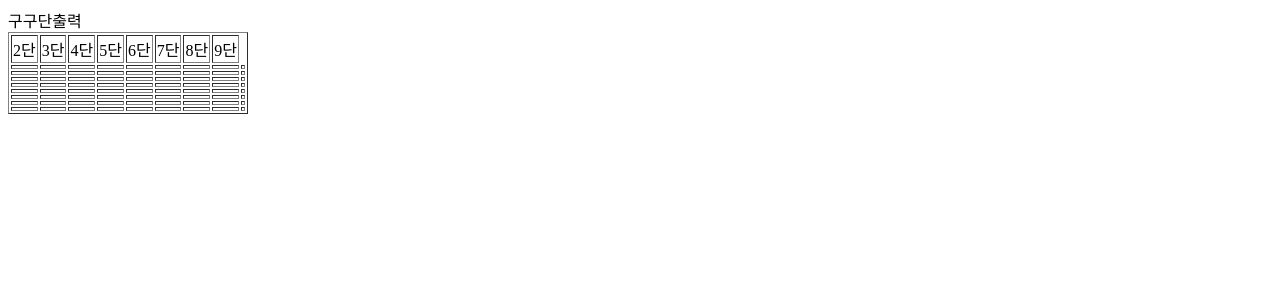
Repository: ment0715/20201113
Page: http://localhost/chap02/ex0501.jsp
The author's editor kept a copy of each file at every save. The page is drawn from the files as they stood at one save, then again after the next save.
The browser window is 1280 px wide. The pictures show the whole page.
The page is served by Tomcat 9.

Above is the page before, as saved 2020-11-09 02:25:46.

After the next save:
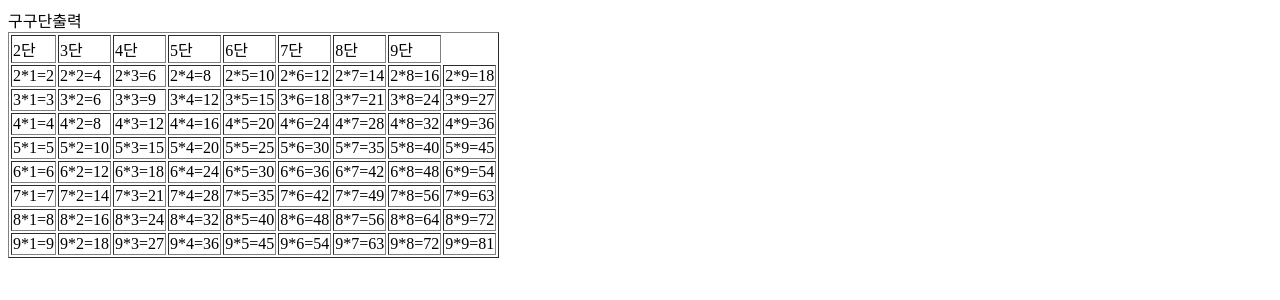
Saved 59 s later.
--- a/chap02/WebContent/ex0501.jsp
+++ b/chap02/WebContent/ex0501.jsp
@@ -17,7 +17,7 @@
 	for(int i = 2; i <10; i++) {
 		out.println("<tr>");
 		for(int j = 1; j < 10; j++) {
-			out.println("<td>"+"</td>");
+			out.println("<td>"+i+"*"+j+"="+(i*j)+"</td>");
 		}
 		out.println("</tr>");
 	}
